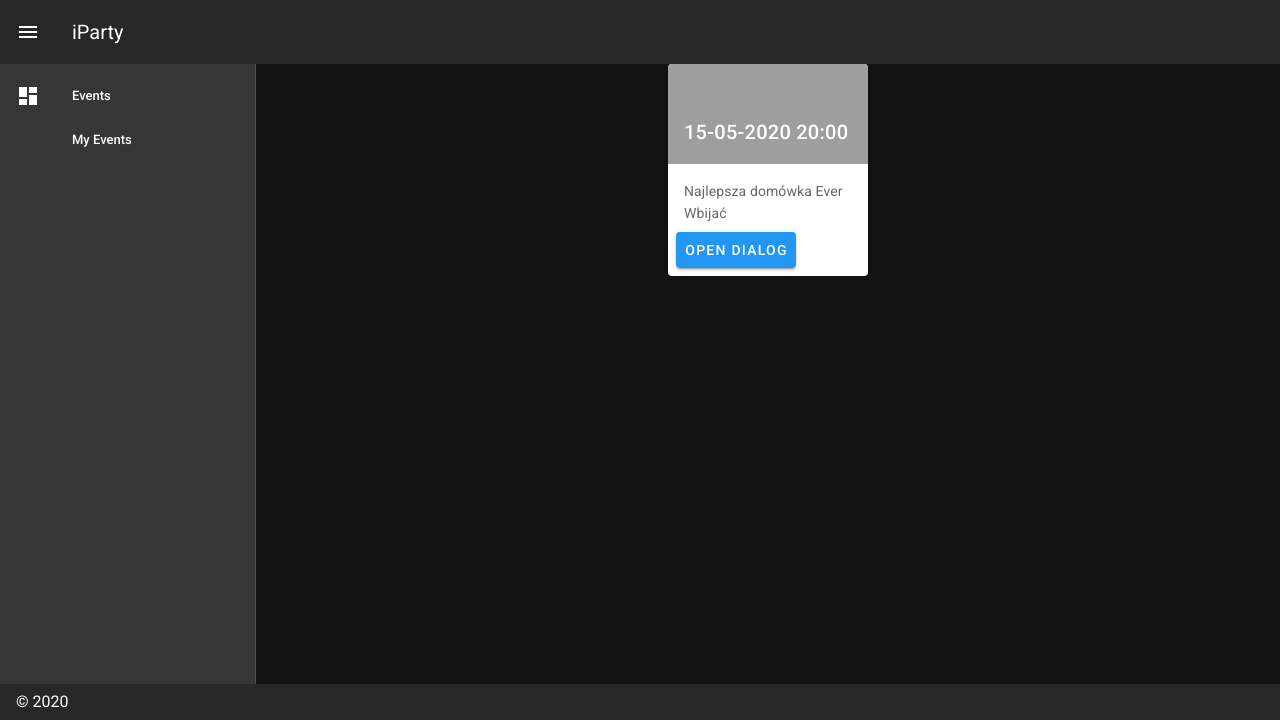
Repository: hexanek/partyapp
Page: /
An editor plug-in stored every save of this project. The page is shown before and after the next save, followed by the edit.
The browser window is 1280 px wide. The pictures show the whole page.
Pictures or frames that could not be fetched are drawn as grey boxes. The project was rebuilt for these pictures with package versions that can differ from the ones it lists, and the page was loaded fresh each time. Also part of the build but not shown: vue.config.js.

Above is the page before, as saved 2020-01-25 18:01:10.

### public/index.html
<!DOCTYPE html>
<html lang="en">
  <head>
    <meta charset="utf-8">
    <meta http-equiv="X-UA-Compatible" content="IE=edge">
    <meta name="viewport" content="width=device-width,initial-scale=1.0">
    <link rel="icon" href="<%= BASE_URL %>favicon.ico">
    <title>party-app</title>
    <link rel="stylesheet" href="https://fonts.googleapis.com/css?family=Roboto:100,300,400,500,700,900">
    <link rel="stylesheet" href="https://cdn.jsdelivr.net/npm/@mdi/font@latest/css/materialdesignicons.min.css">
  </head>
  <body>
    <noscript>
      <strong>We're sorry but party-app doesn't work properly without JavaScript enabled. Please enable it to continue.</strong>
    </noscript>
    <div id="app"></div>
    <!-- built files will be auto injected -->
  </body>
</html>

### src/main.js
import Vue from 'vue'
import App from './App.vue'
import vuetify from './plugins/vuetify';
import store from './store'
import router from './router'

Vue.config.productionTip = false

new Vue({
  vuetify,
  store,
  router,
  render: h => h(App)
}).$mount('#app')

### src/App.vue
<template>
  <v-app>
    <v-card mx-auto>
      <v-navigation-drawer
      absolute
      permanent
      right
      ></v-navigation-drawer>
    </v-card>
    <navbar>
    </navbar>
    <v-content>
      <v-responsive>

      <gmap
      @clickshow = "showDetails"
      >

      </gmap>

      </v-responsive>
      </v-content>
    <Footer>

    </Footer>
  </v-app>
</template>

<script>
import Navbar from "./components/Navbar";
import Footer from "./components/Footer";
import Gmap from "./components/Gmap";

export default {
  name: "App",

  components: {
    Navbar,
    Footer,
    Gmap
  },

  data: () => ({
    //
  }),
  methods: {
    showDetails: function() {
      this.details = !this.details;
    }
  }
};
</script>

### src/plugins/vuetify.js
import Vue from 'vue';
import Vuetify from 'vuetify/lib';
import VueRouter from 'vue-router'
import * as VueGoogleMaps from 'vue2-google-maps'


Vue.use(Vuetify);
Vue.use(VueRouter);
Vue.use(VueGoogleMaps, {
    load: {
        key: 'AIzaSyB6QzBesMB_MjqmuZF1p7hpCl8gg4kMEy8',
        libraries: 'places'
    }
})

export default new Vuetify({
    theme: {
        dark: true
    }
});

### src/router/index.js
import Vue from 'vue'
import VueRouter from 'vue-router'


Vue.use(VueRouter)

const routes = [
  {
    path: '/',
    name: 'home',

  },
  {
    path: '/about',
    name: 'about',
    // route level code-splitting
    // this generates a separate chunk (about.[hash].js) for this route
    // which is lazy-loaded when the route is visited.
    //component: () => import(/* webpackChunkName: "about" */ '../views/About.vue')
  }
]

const router = new VueRouter({
  routes
})

export default router

### src/components/Navbar.vue
<template>
    <div>
        <v-navigation-drawer
      v-model="drawer"
      app
      clipped
    >
      <v-list dense>
        <v-list-item link>
          <v-list-item-action>
            <v-icon>mdi-view-dashboard</v-icon>
          </v-list-item-action>
          <v-list-item-content>
            <v-list-item-title>Events</v-list-item-title>
          </v-list-item-content>
        </v-list-item>
        <v-list-item link>
          <v-list-item-action>
            <v-icon>mdi-settings</v-icon>
          </v-list-item-action>
          <v-list-item-content>
            <v-list-item-title>My Events</v-list-item-title>
          </v-list-item-content>
        </v-list-item>
      </v-list>
    </v-navigation-drawer>
     <v-app-bar
      flat
      app
      clipped-left
    >
      <v-app-bar-nav-icon @click.stop="drawer = !drawer" />
      <v-toolbar-title>iParty</v-toolbar-title>

    </v-app-bar>
    </div>
</template>

<script>
export default {
  name: "Navbar",
  data: () => ({
    drawer: null
  })
};
</script>

<style lang="scss" scoped>
</style>

### src/components/Footer.vue
<template>
    <div>
        <v-footer app>
            <span>&copy; 2020</span>
        </v-footer>
    </div>
</template>

<script>
    export default {
        name: 'Footer',

        data: () => ({

        })
    }
</script>

<style lang="scss" scoped>

</style>

### src/components/Gmap.vue
<template>
  <div>

    <GmapMap
      :center="start"
      :zoom="10"
      map-type-id="roadmap"
      style="width: 100vw; height: 90vh"
      v-bind:options="mapStyle"
    >

      <gmap-info-window
        :options="infoOptions"
        :position="infoPosition"
        :opened="infoOpened"
        @closeclick="infoOpened = false"
      >
       <popup
       @clickshow="showdetails"
       ></popup>
      </gmap-info-window>
      <GmapMarker
        :key="key"
        v-for="(item, key) in coordinates"
        :position="getPosition(item)"
        :clickable="true"
        @click="toggleInfo(item, key)"
      />
    </GmapMap>



  </div>
</template>

<script>
import Popup from "./Popup";

export default {
  name: "Gmap",
  components: {
    Popup
  },
  data: () => ({
    detail: false,
    start: {
      lat: 54.51889,
      lng: 18.53188
    },
    coordinates: {
      0: {
        party: "Domowka",
        lat: 54.291,
        lng: 18.341
      },
      1: {
        party: "Klub",
        lat: 54.111,
        lng: 18.1
      }
    },
    infoPosition: null,
    infoContent: null,
    infoOpened: false,
    infoCurrentKey: null,
    infoOptions: {
      pixelOffset: {
        width: 0,
        height: -35
      }
    },
    mapStyle: {
      styles: [
        { elementType: "geometry", stylers: [{ color: "#242f3e" }] },
        { elementType: "labels.text.stroke", stylers: [{ color: "#242f3e" }] },
        { elementType: "labels.text.fill", stylers: [{ color: "#746855" }] },
        {
          featureType: "administrative.locality",
          elementType: "labels.text.fill",
          stylers: [{ color: "#d59563" }]
        },
        {
          featureType: "poi",
          elementType: "labels.text.fill",
          stylers: [{ color: "#d59563" }]
        },
        {
          featureType: "poi.park",
          elementType: "geometry",
          stylers: [{ color: "#263c3f" }]
        },
        {
          featureType: "poi.park",
          elementType: "labels.text.fill",
          stylers: [{ color: "#6b9a76" }]
        },
        {
          featureType: "road",
          elementType: "geometry",
          stylers: [{ color: "#38414e" }]
        },
        {
          featureType: "road",
          elementType: "geometry.stroke",
          stylers: [{ color: "#212a37" }]
        },
        {
          featureType: "road",
          elementType: "labels.text.fill",
          stylers: [{ color: "#9ca5b3" }]
        },
        {
          featureType: "road.highway",
          elementType: "geometry",
          stylers: [{ color: "#746855" }]
        },
        {
          featureType: "road.highway",
          elementType: "geometry.stroke",
          stylers: [{ color: "#1f2835" }]
        },
        {
          featureType: "road.highway",
          elementType: "labels.text.fill",
          stylers: [{ color: "#f3d19c" }]
        },
        {
          featureType: "transit",
          elementType: "geometry",
          stylers: [{ color: "#2f3948" }]
        },
        {
          featureType: "transit.station",
          elementType: "labels.text.fill",
          stylers: [{ color: "#d59563" }]
        },
        {
          featureType: "water",
          elementType: "geometry",
          stylers: [{ color: "#17263c" }]
        },
        {
          featureType: "water",
          elementType: "labels.text.fill",
          stylers: [{ color: "#515c6d" }]
        },
        {
          featureType: "water",
          elementType: "labels.text.stroke",
          stylers: [{ color: "#17263c" }]
        }
      ]
    }
  }),
  methods: {
    getPosition: function(marker) {
      return {
        lat: parseFloat(marker.lat),
        lng: parseFloat(marker.lng)
      };
    },
    toggleInfo: function(marker, key) {
      this.infoPosition = this.getPosition(marker);
      this.infoContent = marker.party;
      if (this.infoCurrentKey === key) {
        this.infoOpened = !this.infoOpened;
      } else {
        this.infoOpened = true;
        this.infoCurrentKey = key;
      }
    },
    showdetails: function() {
      this.detail = !this.detail;
    }
  }
};
</script>

<style lang="scss" scoped></style>

### src/components/Popup.vue
<template>
    <div>
        <v-card
    class="mx-auto"
    max-width="200"
    light

  >
    <v-img
      class="white--text align-end"
      height="100px"
      src="https://cdn.vuetifyjs.com/images/cards/docks.jpg"
    >
      <v-card-title>15-05-2020 20:00</v-card-title>
    </v-img>

    <v-card-subtitle class="pb-0">Najlepsza domówka Ever</v-card-subtitle>

    <v-card-text class="pb-0">
      <div>Wbijać</div>

    </v-card-text>

    <v-card-actions>
       <v-btn
      color="primary"
      dark
      @click="showdetails"
    >
      Open Dialog
    </v-btn>

    </v-card-actions>
  </v-card>

    </div>
</template>

<script>
export default {
  name: "Popup",
  components: {},
  data: () => ({
    return: {}
  }),
  methods: {
    showdetails: function() {
      this.$emit("clickshow");
    }
  }
};
</script>

<style lang="scss" scoped>
</style>

Loaded but not shown: src/store/index.js (common file)

After the next save:
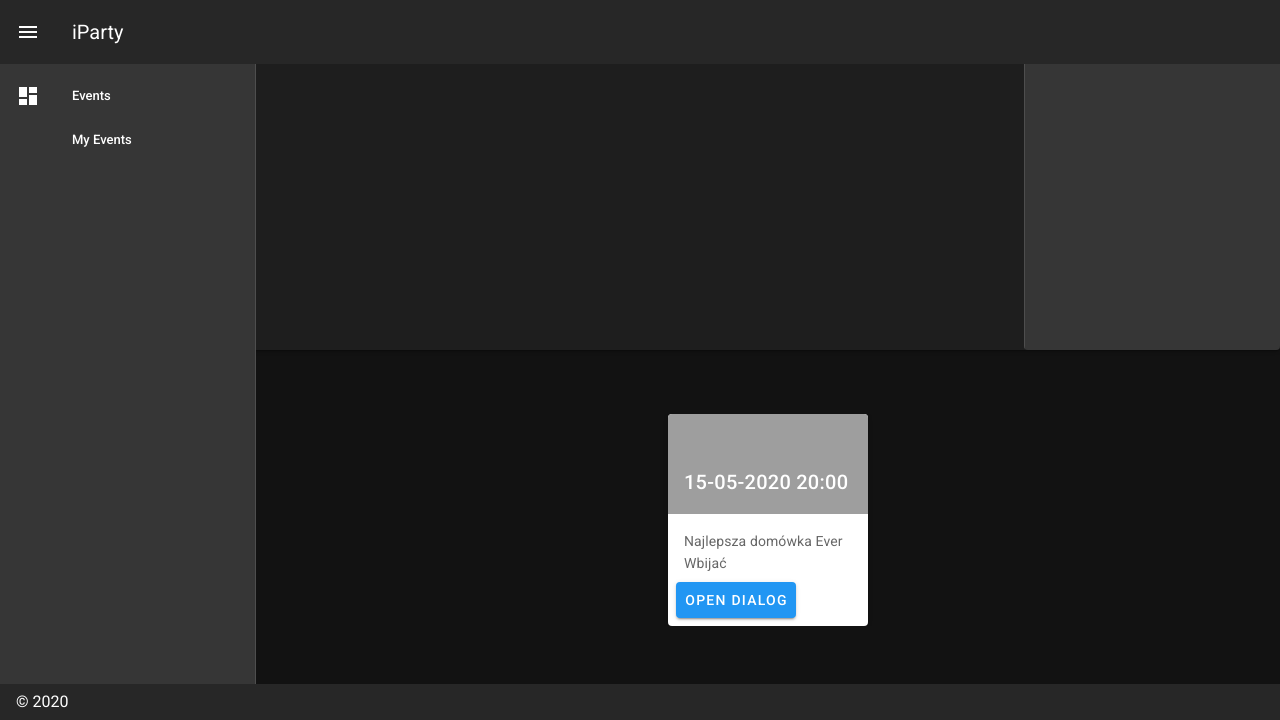
Saved 67 s later.
--- a/src/App.vue
+++ b/src/App.vue
@@ -1,6 +1,6 @@
 <template>
   <v-app>
-    <v-card mx-auto>
+    <v-card height="350px">
       <v-navigation-drawer
       absolute
       permanent

After the 2 saves that followed:
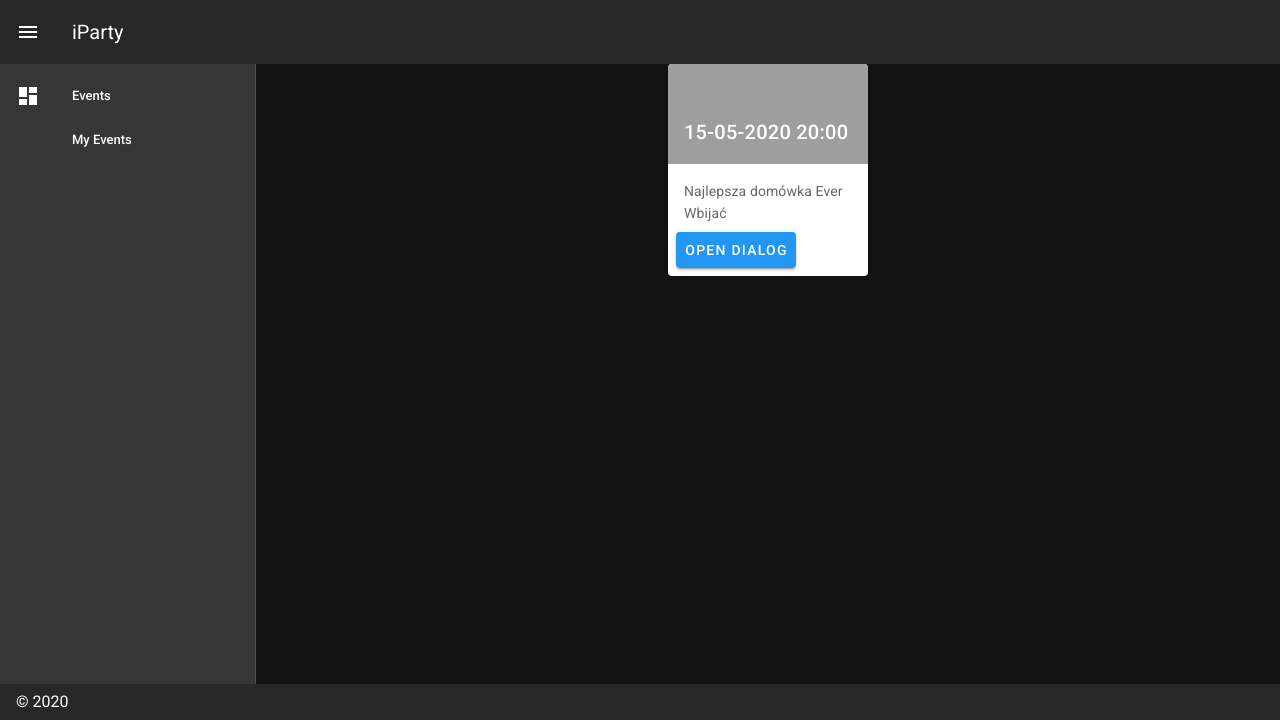
The 2 saves are shown as one change because 1 did not build or start.
The last was saved 46 s later.
--- a/src/App.vue
+++ b/src/App.vue
@@ -1,13 +1,15 @@
 <template>
   <v-app>
-    <v-card height="350px">
+
+
+    <navbar>
+      <v-card height="350px">
       <v-navigation-drawer
       absolute
       permanent
       right
       ></v-navigation-drawer>
-    </v-card>
-    <navbar>
+      </v-card>
     </navbar>
     <v-content>
       <v-responsive>
